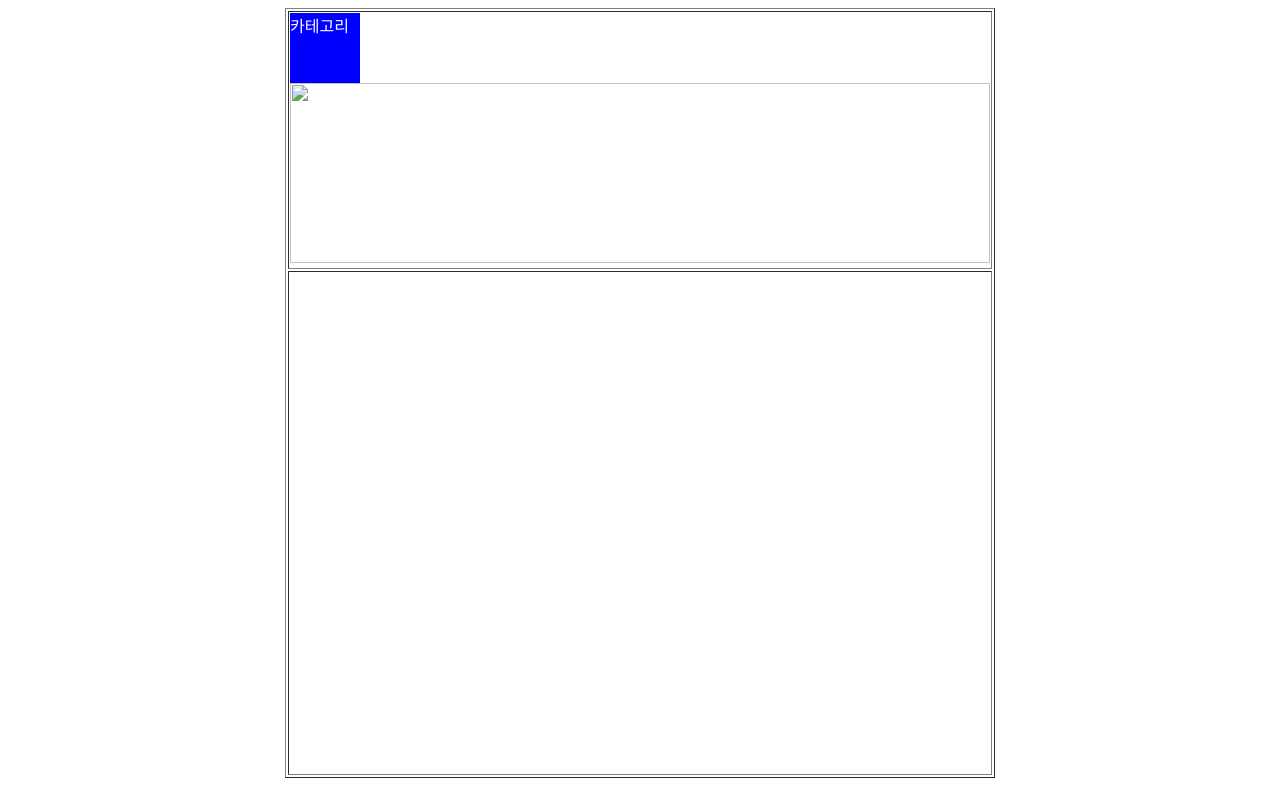
Repository: HmDol/Spring_study
Page: http://localhost/project1/home.jsp
These files come from the project's save history. The page is drawn as it stood at one moment and after the next save; the edit follows.
The browser window is 1280 px wide. The pictures show the whole page.
The page is served by Tomcat 10.

Above is the page before, as saved 2023-09-06 12:08:42.

After the next save:
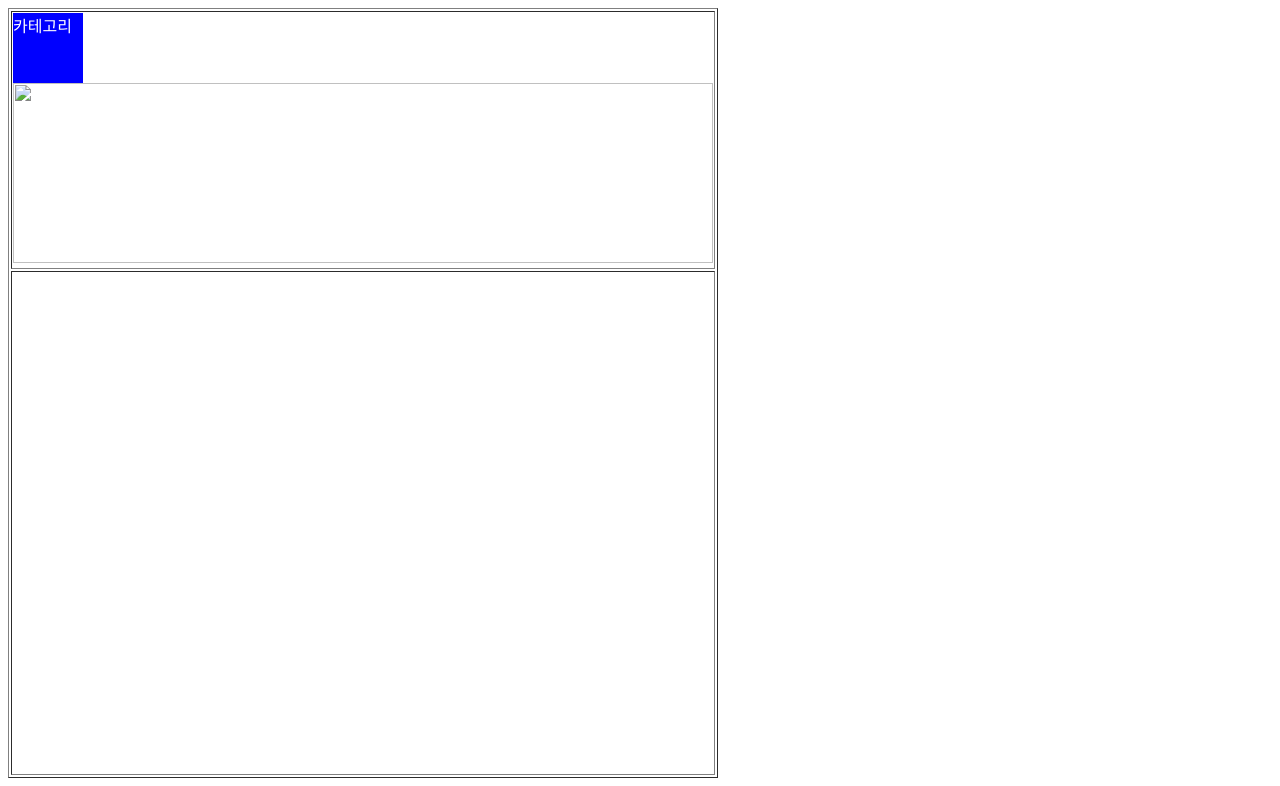
Saved 88 s later.
--- a/project1/src/main/webapp/home.jsp
+++ b/project1/src/main/webapp/home.jsp
@@ -93,12 +93,12 @@ const changeImg = () => {
 </script>
 </head>
 <body>
-	<center>
-		<div id='cate1' style='position: absolute; top: 80px; left: 362px; display: none'
+
+		<div id='cate1' style='position: absolute; top: 80px; left: 110px; display: none'
 			onmouseover="a()"></div>
-		<div id='cate2' style='position: absolute; top: 80px; left: 462px; display: none'
+		<div id='cate2' style='position: absolute; top: 80px; left: 210px; display: none'
 			onmouseover="b(2)"></div>
-		<div id='cate3' style='position: absolute; top: 80px; left: 562px; display: none'
+		<div id='cate3' style='position: absolute; top: 80px; left: 310px; display: none'
 			onmouseover="b(3)"></div>
 		<table border="1">
 			<tr>
@@ -115,6 +115,6 @@ const changeImg = () => {
 				</td>
 			</tr>
 		</table>
-	</center>
+
 </body>
 </html>
